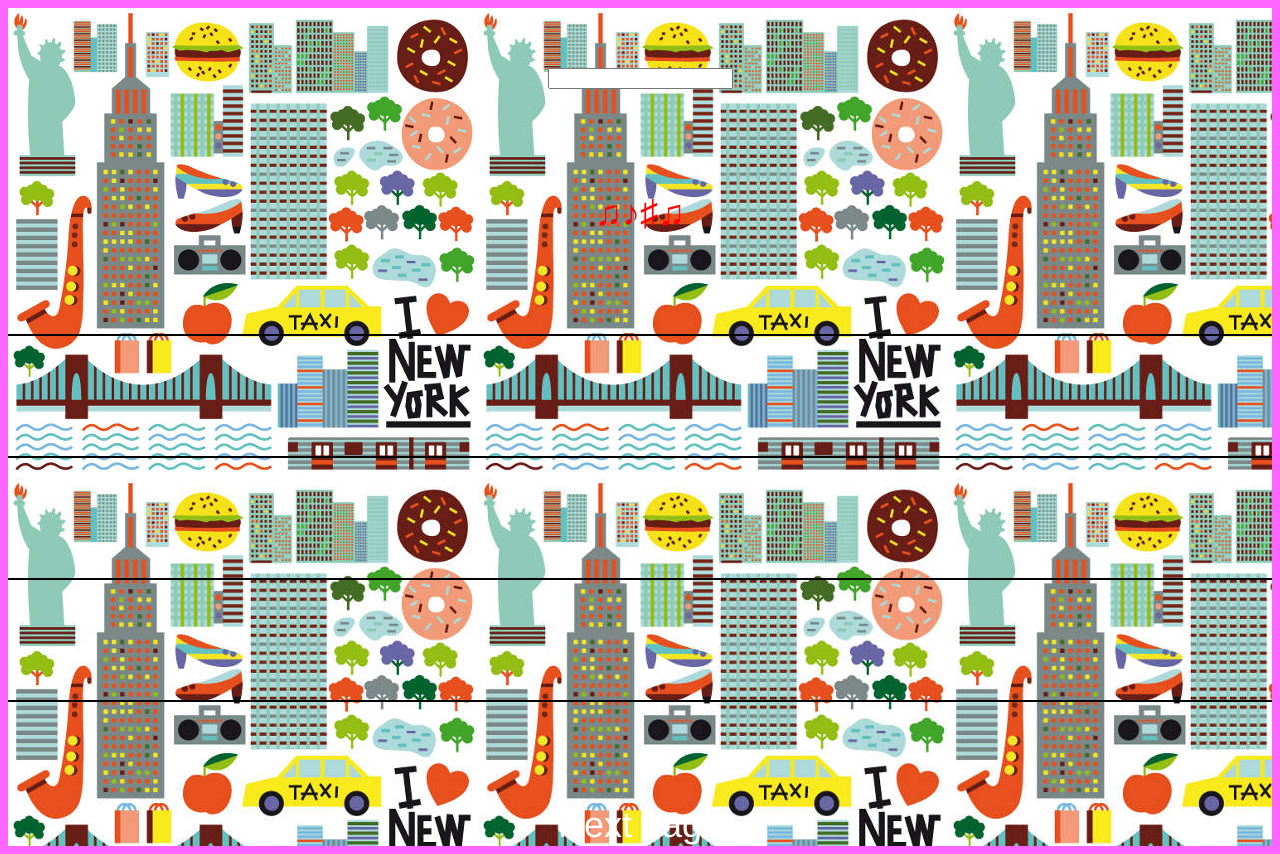
Repository: jangj879/jangj879.github.io
Page: 3_page.html
The author's editor kept a record of every edit. The page is drawn from the files as they stood at one moment, then again after the next edit.
The browser window is 1280 px wide. The pictures show the whole page.

Above is the page before.

After the next edit:
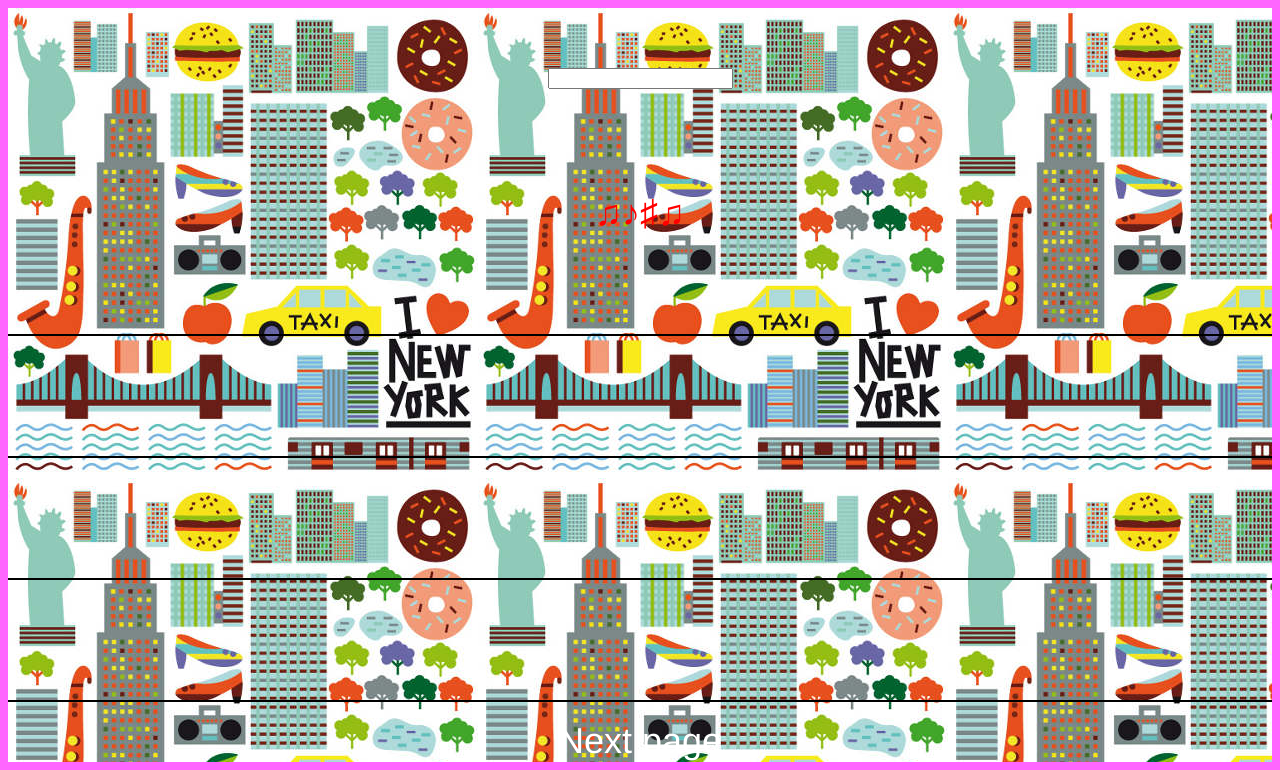
The edit:
--- a/3_page.html
+++ b/3_page.html
@@ -60,9 +60,6 @@
     <br></br>
     <hr color="#000000"></hr>
 
-    <br>
-    </br>
-
 
     <a href="4_page">Next page</a>
 
